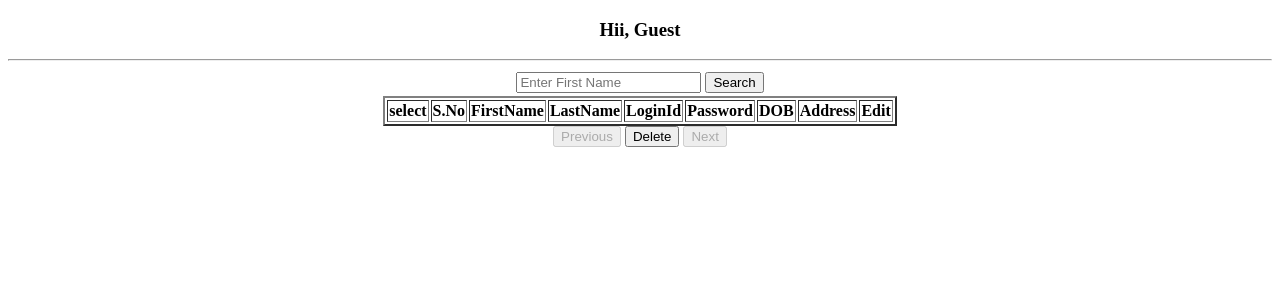
Repository: Jatdevta/AdvanceJava
Page: http://localhost/DynamicProject/UserListCtl
These files come from the project's save history. The page is drawn as it stood at one moment and after the next save; the edit follows.
The browser window is 1280 px wide. The pictures show the whole page.
The page is served by Tomcat 9. Other server files are loaded and not shown. Queries for data that is not in the repository find no rows.

Above is the page before, as saved 2023-08-23 09:01:16.

### Advancejava/DynamicProject/WebContent/UserListView.jsp
<%@page import="java.util.List"%>
<%@page import="java.util.Iterator"%>
<%@ page language="java" contentType="text/html; charset=ISO-8859-1"
	pageEncoding="ISO-8859-1"%>
<!DOCTYPE html>
<html>
<head>
<center>
	<meta charset="ISO-8859-1">
	<title>Insert title here</title>
</head>
<body>
	<form action="UserListCtl" method="post">

		<%@ include file="Header.jsp"%>
		<%
			List list = (List) request.getAttribute("list");
			int pageNo = (int) request.getAttribute("pageNo");
			int nextListSize = (int) request.getAttribute("nextListSize");
			int index = ((pageNo - 1) * 5) + 1;
			Iterator it = list.iterator();

		%>
		<table>
			<tr>
				<th><input type="text" placeholder="Enter First Name" name="firstName"></th>
				<td><input type="submit" name="operation" value="Search"></td>

			</tr>
		</table>


		<table border="2">


			<tr>

				<th>select</th>
				<th>S.No</th>
				<th>FirstName</th>
				<th>LastName</th>
				<th>LoginId</th>
				<th>Password</th>
				<th>DOB</th>
				<th>Address</th>
				<th>Edit</th>

			</tr>
			<%
				while (it.hasNext()) {
					bean = (UserBean) it.next();
			%>
			<tr>

				<td ><input type="checkbox" name="ids" value="<%=bean.getId()%>"></td>
				<td><%=index++%></td>
				<td><%=bean.getFirstName()%></td>
				<td><%=bean.getLastName()%></td>
				<td><%=bean.getLoginId()%></td>
				<td><%=bean.getPassword()%></td>
				<td><%=bean.getDob()%></td>
				<td><%=bean.getAddress()%></td>
				<td><a href="UserCtl?id=<%=bean.getId()%>">edit</a></td>
			</tr>
			<%
				}
			%>

			</center>
		</table>

		<tr>


			<td><input type="hidden" name="pageNo" value="<%=pageNo%>"></td>

			<td><input type="submit" name="operation" value="Previous"
				<%=(pageNo != 1) ? "" : "disabled"%>></td>
					<td><input type="submit" name="operation" value="Delete"></td>
			<td><input type="submit" name="operation" value="Next"
				<%=(nextListSize != 0) ? "" : "disabled"%>></td>


		</tr>

	</form>
</body>
</html>

### Advancejava/DynamicProject/WebContent/Header.jsp
<%@page import="in.co.rays.model.UserModel"%>
<%@page import="in.co.rays.bean.UserBean"%>
<%@ page language="java" contentType="text/html; charset=ISO-8859-1"
	pageEncoding="ISO-8859-1"%>
<!DOCTYPE html>
<html>
<head>
<meta charset="ISO-8859-1">
<title>Insert title here</title>
</head>
<body>
	<%
		UserBean bean = (UserBean) session.getAttribute("user");

	%>

	<%
	if(bean !=null) {

	%>
	<h3>
		Hi....!!!,
		<%=bean.getFirstName()  %>   </h3>
	<a href="UserListCtl">UserList</a>
	<a a href= "MarksheetListCtl">MarkList</a>
<a href="LoginCtl?operation=Logout">Logout</a>
	<a href="LoginCtl?operation=Logout">Logout </a>

	<%} else { %>

	<h3>Hii, Guest</h3>
	<%} %>
	<hr>

</body>
</html>

### Advancejava/DynamicProject/src/in/co/rays/ctl/UserListCtl.java
package in.co.rays.ctl;

import java.io.IOException;
import java.util.List;

import javax.servlet.RequestDispatcher;
import javax.servlet.ServletException;
import javax.servlet.annotation.WebServlet;
import javax.servlet.http.HttpServlet;
import javax.servlet.http.HttpServletRequest;
import javax.servlet.http.HttpServletResponse;

import in.co.rays.bean.UserBean;
import in.co.rays.model.UserModel;
@WebServlet("/UserListCtl")
public class UserListCtl extends HttpServlet{

	@Override
	protected void doGet(HttpServletRequest req, HttpServletResponse resp) throws ServletException, IOException {

		UserModel model = new UserModel();
		int pageNo =1;
		int pageSize =5;

		try {

          List list= model.search(null, pageNo, pageSize);

          List nextList = model.search(null, pageNo +1, pageSize);

			req.setAttribute("list", list);
			req.setAttribute("pageNo", pageNo);
			req.setAttribute("nextListSize", nextList.size());
			RequestDispatcher rd = req.getRequestDispatcher("UserListView.jsp");
			rd.forward(req, resp);

		} catch (Exception e) {
          e.printStackTrace();
		}

	}
	@Override
	protected void doPost(HttpServletRequest req, HttpServletResponse resp) throws ServletException, IOException {




		String op = req.getParameter("operation");

		int pageNo = Integer.parseInt(req.getParameter("pageNo"));

		int pageSize = 5;

		UserBean bean = new UserBean();

		UserModel model = new UserModel();


		if (op.equals("Search")) {


	     	String firstName = req.getParameter("firstName");

	     	bean.setFirstName(firstName);

		}

		if (op.equals("Next")) {
			pageNo++;

		}
		if (op.equals("Previous")) {
           pageNo--;
		}
		if (op.equals("Delete")) {

			String[] ids = req.getParameterValues("ids");
			for (String  id : ids) {
				try {
					model.delete(Integer.parseInt(id));
				} catch (Exception e) {
					// TODO Auto-generated catch block
					e.printStackTrace();
				}
			}
			}



		try {
		List list =	model.search(bean, pageNo, pageSize);

		 List nextList = model.search(bean, pageNo, pageSize);

		req.setAttribute("list", list);

		req.setAttribute("pageNo", pageNo);

		req.setAttribute("nextListSize", nextList.size());

			RequestDispatcher rd = req.getRequestDispatcher("UserListView.jsp");

			rd.forward(req, resp);

		} catch (Exception e) {

			e.printStackTrace();
		}


	}

	}

### Advancejava/DynamicProject/src/in/co/rays/model/UserModel.java
package in.co.rays.model;

import java.sql.Connection;
import java.sql.DriverManager;
import java.sql.PreparedStatement;
import java.sql.ResultSet;
import java.util.ArrayList;
import java.util.List;

import in.co.rays.bean.UserBean;
import in.co.rays.util.JDBCDataSource;

public class UserModel {

	public Integer nextPk() throws Exception {
		int Pk = 0;

		Class.forName("com.mysql.cj.jdbc.Driver");
		Connection cn = DriverManager.getConnection("jdbc:mysql://localhost:3306/advance_java", "root", "root");

	//	Connection cn = JDBCDataSource.getConnection();


		PreparedStatement ps = cn.prepareStatement("select max(id) from user");

		ResultSet rs = ps.executeQuery();

		while (rs.next()) {

			Pk = rs.getInt(1);
		}

		return Pk + 1;

	}

	public void add(UserBean bean) throws Exception {

		Class.forName("com.mysql.cj.jdbc.Driver");

		Connection cn = DriverManager.getConnection("jdbc:mysql://localhost:3306/advance_java", "root", "root");
		PreparedStatement ps = cn.prepareStatement("insert into user values(?,?,?,?,?,?,?)");
		ps.setInt(1, nextPk());
		// ps.setInt(1,bean.getId());
		ps.setString(2, bean.getFirstName());
		ps.setString(3, bean.getLastName());
		ps.setString(4, bean.getLoginId());
		ps.setString(5, bean.getPassword());
     	ps.setDate(6, new java.sql.Date(bean.getDob().getTime()));
    	ps.setString(7, bean.getAddress());


		int i = ps.executeUpdate();

		System.out.println("Data inserted " + i);
	}

	public void update(UserBean bean) throws Exception {
		Class.forName("com.mysql.cj.jdbc.Driver");

		Connection cn = DriverManager.getConnection("jdbc:mysql://localhost:3306/advance_java", "root", "root");
		PreparedStatement ps = cn.prepareStatement("update user set FirstName =?,LastName = ?,LoginId = ?,Password = ?,DOB = ?,Address = ? where id = ?");

		ps.setString(1, bean.getFirstName());
		ps.setString(2, bean.getLastName());
		ps.setString(3, bean.getLoginId());
		ps.setString(4, bean.getPassword());
	   ps.setDate(5, new java.sql.Date(bean.getDob().getTime()));
		ps.setString(6, bean.getAddress());
		ps.setInt(7, bean.getId());

		int i = ps.executeUpdate();

		System.out.println("Data updated " + i);

	}

	public UserBean findByPk(int id) throws Exception {

		Class.forName("com.mysql.cj.jdbc.Driver");
		Connection con = DriverManager.getConnection("jdbc:mysql://localhost:3306/advance_java", "root", "root");
		PreparedStatement ps = con.prepareStatement("select * from user where id =?");

		ps.setInt(1, id);

		ResultSet rs = ps.executeQuery();

		UserBean bean = null;

		while (rs.next()) {
			bean = new UserBean();

			bean.setId(rs.getInt(1));
			bean.setFirstName(rs.getString(2));
			bean.setLastName(rs.getString(3));
			bean.setLoginId(rs.getString(4));
			bean.setPassword(rs.getString(5));
			bean.setDob(rs.getDate(6));
			bean.setAddress(rs.getString(7));


		}
		return bean;

	}




	public List search(UserBean bean, int pageNo, int pageSize) throws Exception {

		Class.forName("com.mysql.cj.jdbc.Driver");

		Connection conn = DriverManager.getConnection("jdbc:mysql://localhost:3306/advance_java", "root", "root");

		StringBuffer sql = new StringBuffer("select * from user where 1=1");

		if (bean != null) {

			if (bean.getFirstName() != null && bean.getFirstName().length() > 0) {

				sql.append(" and FirstName like '" + bean.getFirstName() + "%'");

			}
			if (bean.getId() != 0 && bean.getId() > 0) {

				sql.append(" and id = " + bean.getId());

			}
			if (bean.getLoginId() != null && bean.getLoginId().length() > 0) {

				sql.append(" and LoginId like '" + bean.getLoginId() + "%'");
			}

			if (bean.getDob() != null && bean.getDob().getTime() > 0) {

				sql.append(" and DOB like '" + new java.sql.Date(bean.getDob().getTime()) + "%'");

			}
			if (bean.getAddress() != null && bean.getAddress().length()>0) {
				sql.append(" and Address like '" + bean.getAddress() + "%'");
			}

		}
			if (pageSize > 0) {

				pageNo = (pageNo - 1) * pageSize;

				sql.append(" limit " + pageNo + " , " + pageSize);


		}

		System.out.println(sql.toString());

		PreparedStatement ps = conn.prepareStatement(sql.toString());

		ResultSet rs = ps.executeQuery();

		List list = new ArrayList();

		while (rs.next()) {

			bean = new UserBean();
			bean.setId(rs.getInt(1));
			bean.setFirstName(rs.getString(2));
			bean.setLastName(rs.getString(3));
			bean.setLoginId(rs.getString(4));
			bean.setPassword(rs.getString(5));
			bean.setDob(rs.getDate(6));
			bean.setAddress(rs.getString(7));

			list.add(bean);

		}

		return list;

	}

	public UserBean findByloginId(String loginId) throws Exception {

		Class.forName("com.mysql.cj.jdbc.Driver");
		Connection con = DriverManager.getConnection("jdbc:mysql://localhost:3306/advance_java", "root", "root");
		PreparedStatement ps = con.prepareStatement("select * from user where loginId =?");

		ps.setString(1, loginId);


		ResultSet rs = ps.executeQuery();

		UserBean bean = null;

		while (rs.next()) {
			bean = new UserBean();

			bean.setId(rs.getInt(1));
			bean.setFirstName(rs.getString(2));
			bean.setLastName(rs.getString(3));
			bean.setLoginId(rs.getString(4));
			bean.setPassword(rs.getString(5));
			bean.setDob(rs.getDate(6));
			bean.setAddress(rs.getString(7));


		}
		return bean;

	}

	public UserBean authenticate(String loginId,String password) throws Exception {

		Class.forName("com.mysql.cj.jdbc.Driver");
		Connection con = DriverManager.getConnection("jdbc:mysql://localhost:3306/advance_java", "root", "root");
		PreparedStatement ps = con.prepareStatement("select * from user where LoginId =? and Password =?");

		ps.setString(1, loginId);
		ps.setString(2, password);

		ResultSet rs = ps.executeQuery();

		UserBean bean = null;

		while (rs.next()) {
			bean = new UserBean();

			bean.setId(rs.getInt(1));
			bean.setFirstName(rs.getString(2));
			bean.setLastName(rs.getString(3));
			bean.setLoginId(rs.getString(4));
			bean.setPassword(rs.getString(5));
			bean.setDob(rs.getDate(6));
			bean.setAddress(rs.getString(7));


		}
		return bean;

	}
public void delete(int id) throws Exception {

		Connection con = JDBCDataSource.getConnection();

		PreparedStatement ps = con.prepareStatement("Delete from user where id =?");

		ps.setInt(1, id);

		int i  = ps.executeUpdate();
		 System.out.println("Data Deleted = "+i);

}
}

After the next save:
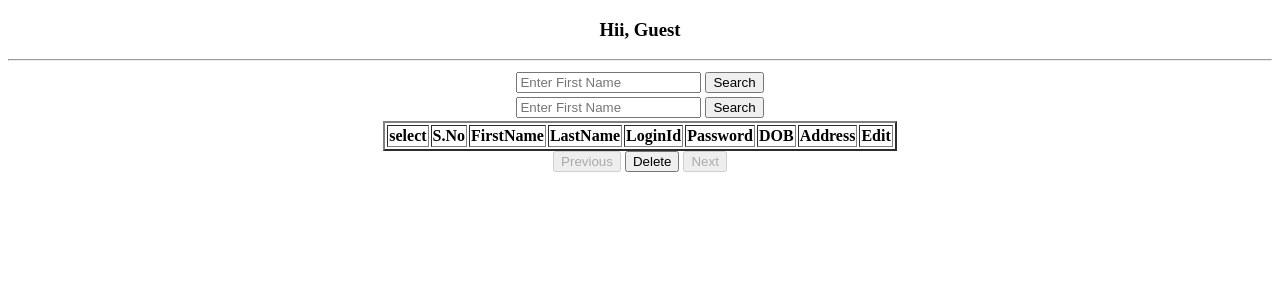
Saved 3 min 36 s later.
--- a/Advancejava/DynamicProject/WebContent/UserListView.jsp
+++ b/Advancejava/DynamicProject/WebContent/UserListView.jsp
@@ -22,7 +22,15 @@
 
 		%>
 		<table>
+
+		<tr>
+
+				<th><input type="text" placeholder="Enter First Name" name="DOB"></th>
+				<td><input type="submit" name="operation" value="Search"></td>
+
+			</tr>
 			<tr>
+
 				<th><input type="text" placeholder="Enter First Name" name="firstName"></th>
 				<td><input type="submit" name="operation" value="Search"></td>
 
